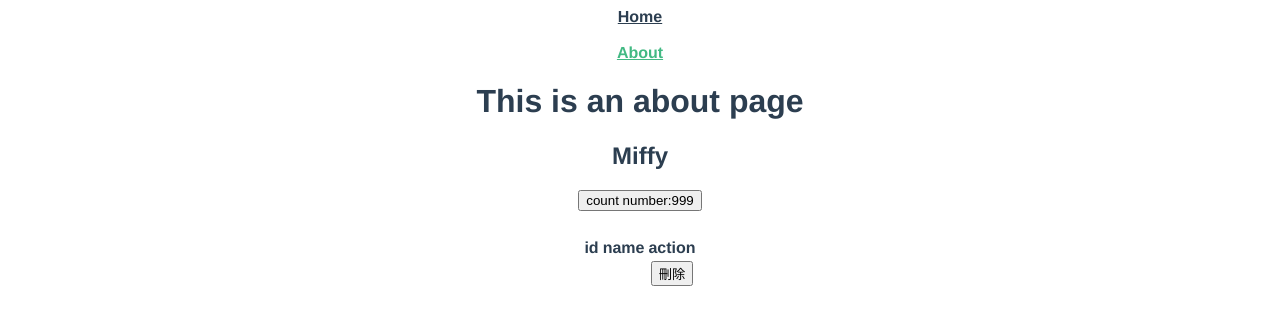
Repository: HaoMiffy/vue3-compisition-Typescript-pinia
Page: /about
These files come from the project's save history. The page is drawn as it stood at one moment and after the next save; the edit follows.
The browser window is 1280 px wide. The pictures show the whole page.
The project was rebuilt for these pictures with package versions that can differ from the ones it lists, and the page was loaded fresh each time. Also part of the build but not shown: vue.config.js, src/components/HelloWorld.vue, src/views/HomeView.vue.

Above is the page before, as saved 2022-12-12 13:42:21.

### src/main.ts
import { createApp } from 'vue'
import App from './App.vue'
import router from './router'
import { createPinia } from 'pinia'

createApp(App).use(createPinia()).use(router).mount('#app')

### src/App.vue
<template>
<navbar></navbar>
<RouterView></RouterView>
</template>


<script lang="ts" setup>
import navbar from './components/navbar.vue'
</script>

<style>
#app {
  font-family: Avenir, Helvetica, Arial, sans-serif;
  -webkit-font-smoothing: antialiased;
  -moz-osx-font-smoothing: grayscale;
  text-align: center;
  color: #2c3e50;
}

.nav {
  padding: 30px;
  text-align: left;
}



nav a {
  font-weight: bold;
  color: #2c3e50;
}

nav a.router-link-exact-active {
  color: #42b983;
}
</style>

### src/components/navbar.vue
<!-- eslint-disable vue/multi-word-component-names -->
<template>
    <nav class="navbar navbar-default">
        <div class="container-fluid">
            <div class="navbar-header">
                <router-link to="/" class="item">Home</router-link>
            </div>
            <br />
            <div>
                <router-link to="/about" class="item">About</router-link>
            </div>
        </div>
    </nav>
</template>

### src/views/AboutView.vue
<template>
  <div class="about">
    <h1>This is an about page</h1>
    <h2>{{ max }}</h2>
    <button @click="click()">count number:{{ counter.count }}</button>
    <div class="table">
      <table>
        <thead>
          <tr>
            <th v-for="colum in colums" :key="colum">{{ colum }}</th>
            <th>action</th>
          </tr>
        </thead>
        <tbody>
          <tr v-for="(item, index) in data" :key="index">
            <td>
              {{ item.id }}
            </td>
            <td>
              {{ item.name }}
            </td>
            <td>
              <button @click="remove(index)">刪除</button>
            </td>
          </tr>
        </tbody>
      </table>
    </div>
  </div>
</template>

<script lang="ts" setup>
import { ref, reactive } from 'vue'
import { PublicStore } from '@/store/index'


const store = PublicStore()



const max = ref("Miffy")
const counter = reactive({ count: 999 })

const colums = reactive(['id', 'name'])


const data = reactive([
  store.$state.data
])

function click() {
  counter.count++
}

function remove(index: number) {
  data.splice(index, 1);
  console.log(data)
}



</script>

<style>
.table {
  margin-top: 25px;
  display: flex;
  justify-content: center;
  align-items: center;
}
</style>

### src/store/index.ts
import { defineStore } from 'pinia'
export const PublicStore = defineStore('Public', { // Public项目唯一id
  state: () => ({
      data: [
        {
          id: 123,
          name: "Miffy"
        },
        {
          id: 456,
          name: "Miffy"
        },
        {
          id: 789,
          name: "Miffy"
        }
      ]
  }),
  getters: {

  },
  actions: {

  },
})

Loaded but not shown: src/router/index.ts (common file)

After the next save:
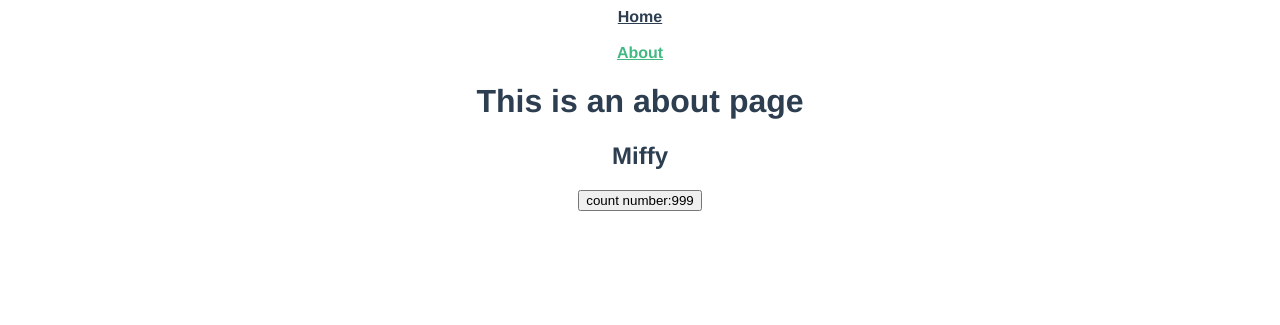
Saved 66 s later.
--- a/src/views/AboutView.vue
+++ b/src/views/AboutView.vue
@@ -4,27 +4,7 @@
     <h2>{{ max }}</h2>
     <button @click="click()">count number:{{ counter.count }}</button>
     <div class="table">
-      <table>
-        <thead>
-          <tr>
-            <th v-for="colum in colums" :key="colum">{{ colum }}</th>
-            <th>action</th>
-          </tr>
-        </thead>
-        <tbody>
-          <tr v-for="(item, index) in data" :key="index">
-            <td>
-              {{ item.id }}
-            </td>
-            <td>
-              {{ item.name }}
-            </td>
-            <td>
-              <button @click="remove(index)">刪除</button>
-            </td>
-          </tr>
-        </tbody>
-      </table>
+      <table></table>
     </div>
   </div>
 </template>
@@ -32,6 +12,7 @@
 <script lang="ts" setup>
 import { ref, reactive } from 'vue'
 import { PublicStore } from '@/store/index'
+import table from './table.vue'
 
 
 const store = PublicStore()
